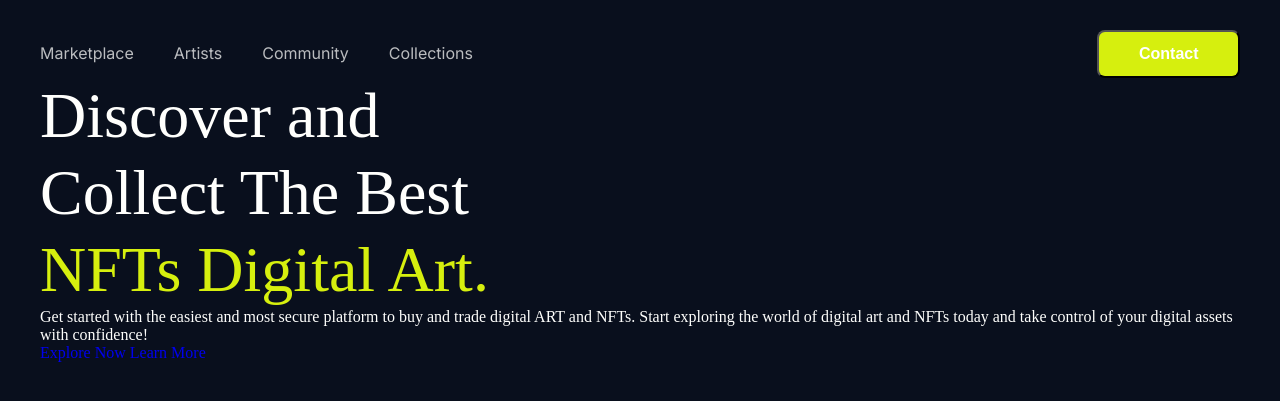
Repository: Kamron5505/NftMarketplace
Page: index.html
An editor plug-in stored every save of this project. The page is shown before and after a run of saves, followed by the edit.
The browser window is 1280 px wide. The pictures show the whole page.
Some web fonts or font styles are not loaded; a fallback is used.

Above is the page before, as saved 2025-07-07 23:25:14.

### index.html
<!DOCTYPE html>
<html lang="en">

<head>
    <meta charset="UTF-8">
    <meta name="viewport" content="width=device-width, initial-scale=1.0">
    <title>NFTMarketplace Landing</title>
    <link rel="stylesheet" href="./style.css">
    <link
        href="https://fonts.googleapis.com/css2?family=Inter:wght@400;600;700&family=Source+Sans+Pro:wght@400;600;700&display=swap"
        rel="stylesheet">
</head>

<body>
    <header class="header">
        <div class="container">
            <nav class="nav">
                <ul class="nav-list">
                    <li class="nav-item"><a href="#" class="nav-link">Marketplace</a></li>
                    <li class="nav-item"><a href="#" class="nav-link">Artists</a></li>
                    <li class="nav-item"><a href="#" class="nav-link">Community</a></li>
                    <li class="nav-item"><a href="#" class="nav-link">Collections</a></li>
                </ul>
                <button class="header-contact-btn">Contact</button>
            </nav>
        </div>
    </header>
    <main class="main">
        <section class="nft-section">
            <div class="container">
                <div class="nft-wrapper">
                    <div class="content-left">
                        <h1 class="title">
                            Discover and <br>
                            Collect The Best <br>
                            <span class="highlight">NFTs Digital Art.</span>
                        </h1>

                        <p class="description">
                            Get started with the easiest and most secure platform to buy and trade digital ART and NFTs.
                            Start exploring the world of digital art and NFTs today and take control of your digital
                            assets with confidence!
                        </p>

                        <div class="buttons">
                            <a href="#" class="btn btn-primary">Explore Now</a>
                            <a href="#" class="btn btn-secondary">Learn More</a>
                        </div>

                        <!-- <div class="stats">
                            <div class="stat">
                                <div class="number">8.9K</div>
                                <div class="label">Art work</div>
                            </div>
                            <div class="stat">
                                <div class="number">65K</div>
                                <div class="label">Artist</div>
                            </div>
                            <div class="stat">
                                <div class="number">87K</div>
                                <div class="label">Collection</div>
                            </div>
                        </div>
                    </div> -->

                    <!-- <div class="content-right">
                        <div class="card">
                            <img src="nft-image.jpg" alt="NFT Image" class="card-image">
                            <div class="card-info">
                                <div class="card-timer">
                                    <span>Ends in</span>
                                    <span class="time">05:45:47</span>
                                </div>
                                <div class="card-bid">
                                    <span>Current bid</span>
                                    <span class="eth">0.24 ETH</span>
                                </div>
                                <a href="#" class="btn btn-bid">Place A Bid</a>
                            </div>
                        </div>
                    </div> -->

                </div>
            </div>
        </section>
    </main>
</body>

</html>

### style.css
@font-face {
    font-family: 'Canela';
    src: url('../fonts/Canela-Bold.woff2') format('woff2');
    font-weight: bold;
    font-style: normal;
}

* {
    margin: 0;
    padding: 0;
    text-decoration: none;
    list-style: none;
    box-sizing: border-box;
}

body {
    background: #090f1d;
    color: #fffffd;
}

:root {
    --font-family: "Inter", sans-serif;
    --second-family: "Source Sans Pro", sans-serif;
    --third-family: "Canela", sans-serif;
}

h1,
h2,
h3,
h4,
h5,
h6 {
    font-family: 'Canela', serif;
    font-weight: bold;
    font-weight: 500;
    font-size: 64px;
    line-height: 120%;
    color: #fffffd;
}

:root {
    --font-family: "Inter", sans-serif;
    --second-family: "Source Sans Pro", sans-serif;
    --third-family: "Canela", sans-serif;
}
.highlight{
    color: #d6ef0e;
}

.header {
    margin-top: 30px;
    font-family: "Inter", sans-serif;
}

.container {
    width: 1200px;
    margin: 0 auto;
}

.nav {
    display: flex;
    align-items: center;
    justify-content: space-between;
}

.nav-list {
    display: flex;
    gap: 40px;
}


.nav-link {
    font-weight: 400;
    font-size: 16px;
    line-height: 160%;
    color: rgba(255, 255, 253, 0.72);
}

.nav-link:hover {
    border-bottom: 1px solid #d6ef0e;
    width: 94px;
    height: 26px;
    transition: all 0.3s ease;
}

.header-contact-btn {
    background: #d6ef0e;
    border-radius: 8px;
    padding: 12px 40px;
    width: 143px;
    height: 48px;
    font-weight: 700;
    font-size: 16px;
    line-height: 120%;
    color: #fff;
}

After the next 2 saves:
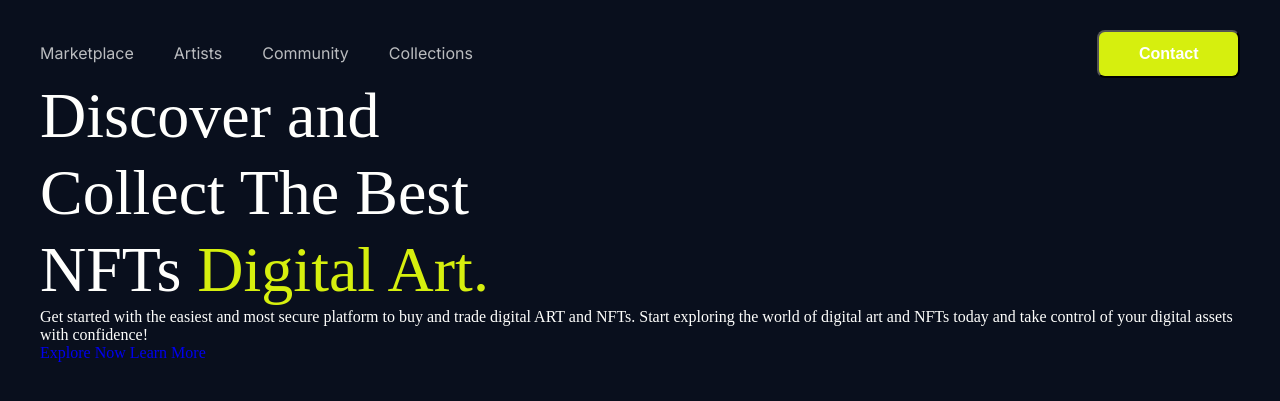
The 2 saves are shown as one change because they came seconds apart.
The last was saved 13 s later.
--- a/index.html
+++ b/index.html
@@ -33,7 +33,7 @@
                         <h1 class="title">
                             Discover and <br>
                             Collect The Best <br>
-                            <span class="highlight">NFTs Digital Art.</span>
+                            NFTs <span class="highlight"> Digital Art.</span>
                         </h1>
 
                         <p class="description">
